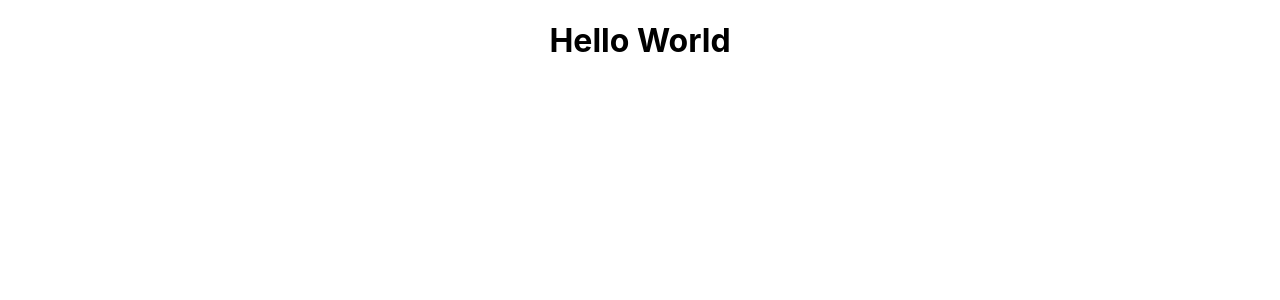
Repository: sevilgenysf/fakeapi
Page: /
An editor plug-in stored every save of this project. The page is shown before and after the next save, followed by the edit.
The browser window is 1280 px wide. The pictures show the whole page.
The project was rebuilt for these pictures with package versions that can differ from the ones it lists, and the page was loaded fresh each time.

Above is the page before, as saved 2022-02-01 12:23:01.

### src/App.js
import './App.css';

function App() {
	return (
		<div className="App">
			<h1>Hello World</h1>
		</div>
	);
}

export default App;

Loaded but not shown: public/index.html (common file); src/index.js (common file); src/index.css (common file); src/reportWebVitals.js (common file); src/App.css (common file)

After the next save:
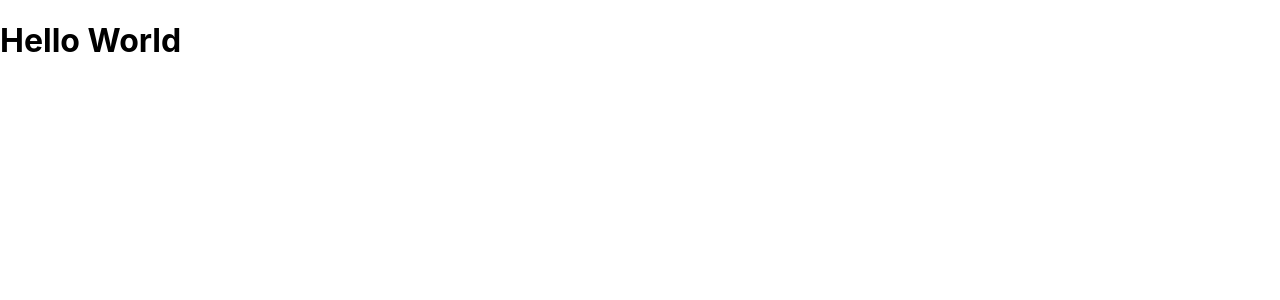
Saved 8 min 37 s later.
--- a/src/App.js
+++ b/src/App.js
@@ -1,4 +1,4 @@
-import './App.css';
+import React, { useState, useEffect } from 'react';
 
 function App() {
 	return (
